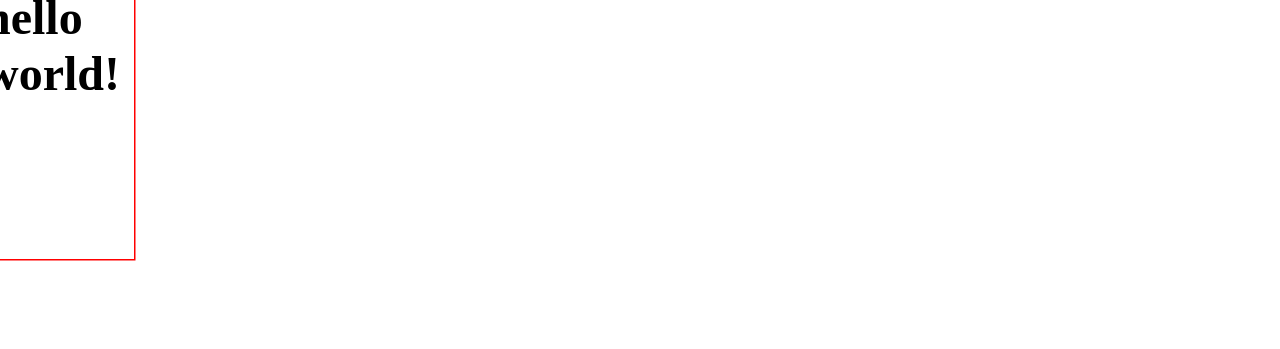
Repository: XiaoSheng-hub/vue_study
Page: css基础/Demo09.html
The author's editor kept a copy of each file at every save. The page is drawn from the files as they stood at one save, then again after the next save.
The browser window is 1280 px wide. The pictures show the whole page.

Above is the page before, as saved 2022-03-29 13:53:44.

### css基础/Demo09.html
<!DOCTYPE html>
<html lang="en">
<head>
    <meta charset="UTF-8">
    <meta http-equiv="X-UA-Compatible" content="IE=edge">
    <meta name="viewport" content="width=device-width, initial-scale=1.0">
    <title>Demo09</title>
    <style>
        .box{
            width: 100px;
            height: 200px;
            border: 1px solid red;
            /* border-radius: 50px;
            box-shadow: 10px 50px 20px blue; */
            transform: rotate(45deg);
            transform: scale(1.5);
            transform: translate();
        }
    </style>
</head>
<body>
    <div class="box">
        <h1>hello world!</h1>
    </div>
</body>
</html>

After the next save:
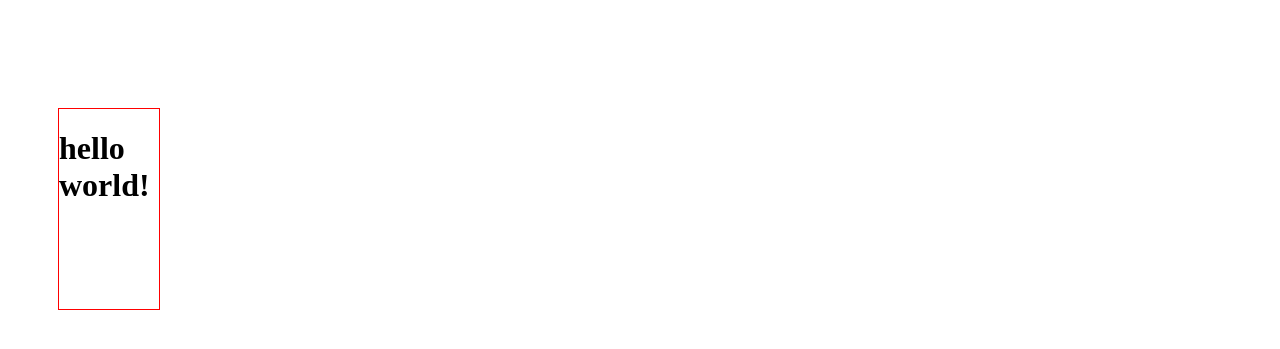
Saved 8 s later.
--- a/css基础/Demo09.html
+++ b/css基础/Demo09.html
@@ -14,7 +14,7 @@
             box-shadow: 10px 50px 20px blue; */
             transform: rotate(45deg);
             transform: scale(1.5);
-            transform: translate();
+            transform: translate(50px,100px);
         }
     </style>
 </head>
